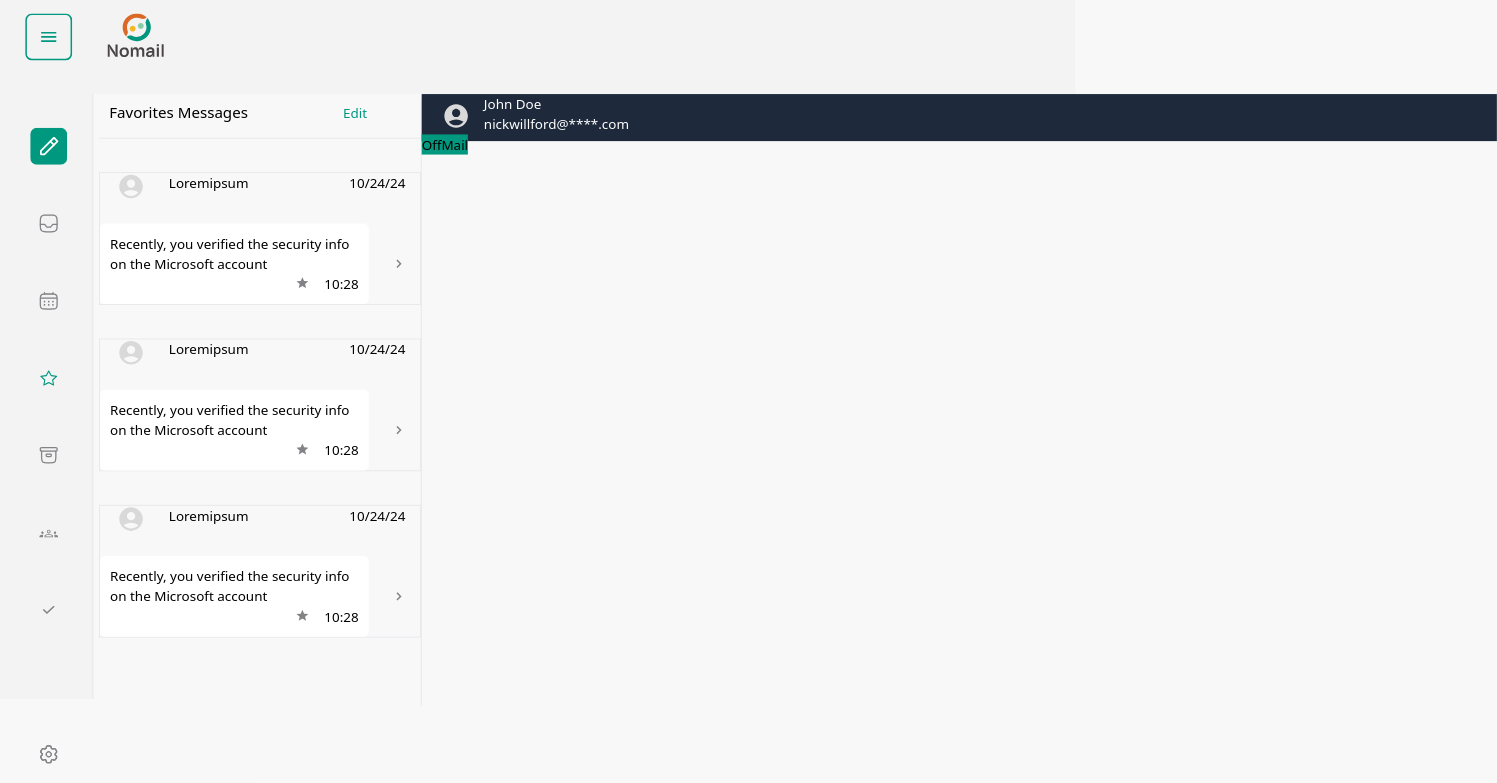
Repository: Tofigkh1/Nomail-Project
Page: /favorites (app in client/)
These files come from the project's save history. The page is drawn as it stood at one moment and after a run of saves; the edit follows.
The browser window is 1280 px wide. The page is 1782 px wide, so the pictures cover 1782 px, including what lies to the right of the window. The pictures show the whole page, at 84% of full size.
The project was rebuilt for these pictures with package versions that can differ from the ones it lists, and the page was loaded fresh each time. The framework's server and built-in components were replaced by stand-ins that run in the browser. Also part of the build but not shown: client/next.config.mjs, client/components/shared/svg/FavoritesSvg.jsx, client/components/shared/svg/calendarActiveSvg.jsx, client/components/shared/client/CheckBox/index.tsx.

Above is the page before, as saved 2024-11-22 03:02:53.

### client/app/layout.tsx

import type { Metadata } from "next";
import localFont from "next/font/local";
import "./Styles/globals.css";


const geistSans = localFont({
  src: "./fonts/GeistVF.woff",
  variable: "--font-geist-sans",
  weight: "100 900",
});
const geistMono = localFont({
  src: "./fonts/GeistMonoVF.woff",
  variable: "--font-geist-mono",
  weight: "100 900",
});

export const metadata: Metadata = {
  title: "Create Next App",
  description: "Generated by create next app",
};

export default function RootLayout({
  children,
}: Readonly<{
  children: React.ReactNode;
}>) {
  return (
    <html lang="en">
      <body
        className={`${geistSans.variable} ${geistMono.variable} antialiased`}
      >
        {children}

      </body>
    </html>
  );
}

### client/app/Styles/globals.css
@tailwind base;
@tailwind components;
@tailwind utilities;

body{
  background-color: #f8f8f8;
}

.App {
  font-family: sans-serif;
  text-align: center;
}


:root {
  --background: #ffffff;
  --foreground: #171717;
}

@media (prefers-color-scheme: dark) {
  :root {
    --background: #0a0a0a;
    --foreground: #ededed;
  }
}


@layer utilities {
  .text-balance {
    text-wrap: balance;
  }
}

### client/components/shared/client/Header/header.tsx
'use client';
import { useContext } from "react";
import { SidebarContext } from '../SideBarMenu/sideBarMenu'; // Import context
import NomailLogo from "@/components/shared/svg/headerlLogoSvg";
import HamburgerBtnSvg from "../../svg/hamburgerBtnSvg"



export default function Header() {

    const { expanded, setExpanded } = useContext(SidebarContext); // Access context

    return (
        <div className="flex items-center justify-between p-4 bg-headerColor text-white">
            <div className='w-auto h-20 flex gap-14'>

                <div>
                    <button onClick={() => setExpanded(!expanded)}
                            className="pl-3.5  hover:bg-clientButtonGreen w-14 h-11">
                        <HamburgerBtnSvg/>
                    </button>
                </div>

                <div>
                    <NomailLogo/>
                </div>


            </div>
        </div>
    );
}

### client/components/shared/client/SideBarMenu/sideBarMenu.tsx
'use client';
import React, {  useContext, ReactNode } from "react";
// import { ChevronFirst, ChevronLast } from "lucide-react";


export const SidebarContext = React.createContext<{ expanded: boolean; setExpanded: (expanded: boolean) => void; }>({
    expanded: false,
    setExpanded: () => {},
});

// Sidebar component now depends on context for state
export default function Sidebar({ children }: { children: ReactNode }) {
    const { expanded } = useContext(SidebarContext);

    return (
        <aside className="h-screen bg-headerColor">
            <nav
                className={`h-full flex flex-col bg-headerColor border-r border-whiteLight3 transition-all duration-200 ease-in-out ml-3 ${expanded ? "w-[127%] h-[130%] " : "w-[99px]"}`}>

                <ul className=" flex-1 px-3">{children}</ul>
            </nav>
        </aside>
    );
}

// SidebarItem component for individual items inside the sidebar
type SidebarItemProps = {
    icon: ReactNode;   // Icon to display in the sidebar item
    text: string;      // Text to display in the sidebar item
    active: boolean;   // Boolean to determine if the item is active (highlighted)
    onClick: () => void; // Add onClick function to handle clicks
    style?: React.CSSProperties;
};

export function SidebarItem({icon, text, active, onClick,style}: SidebarItemProps) {
    const context = useContext(SidebarContext); // Sidebar context to manage expanded/collapsed state
    const {expanded} = context!;

    return (

        <li
            onClick={onClick} // Attach the click handler here
            style={style}
            className={`group relative flex items-center py-2 px-3 my-1 font-medium rounded-md cursor-pointer transition-colors mt-8
                ${
                  active
                    ? "text-mainRedLight" // Active item style
                    : expanded || active // Eğer expanded true ise hover stilini ekle
                    ? "hover:bg-textColorGreen"
                    : "" // Expanded değilse hover stili olmasın
                }`}
        >

            <span className="text-xl transition-all duration-300 ease-in-out">
        {icon}
      </span>

            {/* Text büyütüldü ve boşluk artırıldı */}
            {expanded && (
                <span className="ml-4 text-xl text-black transition-all duration-300 ease-in-out ">
          {text}
        </span>
            )}


            {!expanded && (
                <span
                    className={` absolute left-full whitespace-nowrap bg-textColorGreen text-white rounded-md py-1 px-2 transition-all duration-300 ease-in-out ml-2 opacity-0 group-hover:opacity-100`}
                >
          {text}
        </span>
            )}
        </li>
    );
}

### client/components/shared/svg/newMail.jsx
'use client'
export default function  newMail(){
    return(
        <>
            <svg width="44" height="44" viewBox="0 0 44 44" fill="none" xmlns="http://www.w3.org/2000/svg">
                <rect width="44" height="44" rx="8" fill="#00987F"/>
                <path fill-rule="evenodd" clip-rule="evenodd"
                      d="M27.5115 11.2439C27.902 10.8534 28.5351 10.8534 28.9257 11.2438L33.1687 15.4863C33.3562 15.6739 33.4616 15.9282 33.4616 16.1935C33.4616 16.4587 33.3562 16.7131 33.1687 16.9006L17.6122 32.4571C17.4247 32.6446 17.1703 32.75 16.9051 32.75H12.6626C12.1103 32.75 11.6626 32.3023 11.6626 31.75V27.5075C11.6626 27.2423 11.768 26.9879 11.9555 26.8004L27.5115 11.2439ZM28.2187 13.3652L13.6626 27.9217V30.75H16.4909L31.0473 16.1935L28.2187 13.3652Z"
                      fill="white"/>
                <path fill-rule="evenodd" clip-rule="evenodd"
                      d="M23.269 15.4864C23.6595 15.0959 24.2927 15.0959 24.6832 15.4864L28.9257 19.7289C29.3162 20.1194 29.3162 20.7526 28.9257 21.1431C28.5352 21.5336 27.902 21.5336 27.5115 21.1431L23.269 16.9006C22.8784 16.5101 22.8784 15.8769 23.269 15.4864Z"
                      fill="white"/>
            </svg>


        </>
    )
}

### client/components/shared/svg/ArchiveSvg.jsx
'use client'
export default function archiveSvg(){
    return(
        <>
            <svg width="44" height="44" viewBox="0 0 44 44" fill="none" xmlns="http://www.w3.org/2000/svg">
                <path
                    d="M19 22C19 21.534 19 21.301 19.076 21.117C19.1777 20.8725 19.3723 20.6783 19.617 20.577C19.801 20.5 20.034 20.5 20.5 20.5H23.5C23.966 20.5 24.199 20.5 24.383 20.576C24.6275 20.6777 24.8217 20.8723 24.923 21.117C25 21.301 25 21.534 25 22C25 22.466 25 22.699 24.924 22.883C24.8223 23.1275 24.6277 23.3217 24.383 23.423C24.199 23.5 23.966 23.5 23.5 23.5H20.5C20.034 23.5 19.801 23.5 19.617 23.424C19.3725 23.3223 19.1783 23.1277 19.077 22.883C19 22.699 19 22.466 19 22Z"
                    stroke="#A4A4A9" stroke-width="1.5"/>
                <path
                    d="M19 22C19 21.534 19 21.301 19.076 21.117C19.1777 20.8725 19.3723 20.6783 19.617 20.577C19.801 20.5 20.034 20.5 20.5 20.5H23.5C23.966 20.5 24.199 20.5 24.383 20.576C24.6275 20.6777 24.8217 20.8723 24.923 21.117C25 21.301 25 21.534 25 22C25 22.466 25 22.699 24.924 22.883C24.8223 23.1275 24.6277 23.3217 24.383 23.423C24.199 23.5 23.966 23.5 23.5 23.5H20.5C20.034 23.5 19.801 23.5 19.617 23.424C19.3725 23.3223 19.1783 23.1277 19.077 22.883C19 22.699 19 22.466 19 22Z"
                    stroke="black" stroke-opacity="0.2" stroke-width="1.5"/>
                <path
                    d="M30.5 17V23C30.5 26.771 30.5 28.657 29.328 29.828C28.157 31 26.271 31 22.5 31H21.5C17.729 31 15.843 31 14.672 29.828C13.5 28.657 13.5 26.771 13.5 23V17"
                    stroke="#A4A4A9" stroke-width="1.5" stroke-linecap="round"/>
                <path
                    d="M30.5 17V23C30.5 26.771 30.5 28.657 29.328 29.828C28.157 31 26.271 31 22.5 31H21.5C17.729 31 15.843 31 14.672 29.828C13.5 28.657 13.5 26.771 13.5 23V17"
                    stroke="black" stroke-opacity="0.2" stroke-width="1.5" stroke-linecap="round"/>
                <path
                    d="M12 15C12 14.057 12 13.586 12.293 13.293C12.586 13 13.057 13 14 13H30C30.943 13 31.414 13 31.707 13.293C32 13.586 32 14.057 32 15C32 15.943 32 16.414 31.707 16.707C31.414 17 30.943 17 30 17H14C13.057 17 12.586 17 12.293 16.707C12 16.414 12 15.943 12 15Z"
                    stroke="#A4A4A9" stroke-width="1.5"/>
                <path
                    d="M12 15C12 14.057 12 13.586 12.293 13.293C12.586 13 13.057 13 14 13H30C30.943 13 31.414 13 31.707 13.293C32 13.586 32 14.057 32 15C32 15.943 32 16.414 31.707 16.707C31.414 17 30.943 17 30 17H14C13.057 17 12.586 17 12.293 16.707C12 16.414 12 15.943 12 15Z"
                    stroke="black" stroke-opacity="0.2" stroke-width="1.5"/>
            </svg>

        </>
    )
}

### client/components/shared/svg/TodoSvg.jsx
'use client'
export default function  todoSvg(){
    return(
        <>
            <svg width="44" height="44" viewBox="0 0 44 44" fill="none" xmlns="http://www.w3.org/2000/svg">
                <path d="M19.8957 27L15 22.2599L16.2239 21.0748L19.8957 24.6299L27.7761 17L29 18.185L19.8957 27Z"
                      fill="#A4A4A9"/>
                <path d="M19.8957 27L15 22.2599L16.2239 21.0748L19.8957 24.6299L27.7761 17L29 18.185L19.8957 27Z"
                      fill="black" fill-opacity="0.2"/>
            </svg>

        </>
    )
}

### client/components/shared/svg/FavoritesActiveSvg.jsx
'use client'
export default function  favoritesActiveSvg(){
    return(
        <>
        <svg width="44" height="44" viewBox="0 0 44 44" fill="none" xmlns="http://www.w3.org/2000/svg">
<path d="M15.5808 30.2201C15.4833 30.7528 16.0307 31.1692 16.5132 30.9316L22.0006 28.2246L27.4868 30.9316C27.9693 31.1692 28.5168 30.7528 28.4193 30.2213L27.3818 24.5457L31.7842 20.5188C32.1967 20.142 31.9842 19.4533 31.4317 19.3789L25.3093 18.5438L22.5794 13.3517C22.5274 13.2465 22.4453 13.1576 22.3428 13.0953C22.2402 13.0331 22.1214 13 22 13C21.8787 13 21.7598 13.0331 21.6573 13.0953C21.5547 13.1576 21.4727 13.2465 21.4206 13.3517L18.6907 18.545L12.5683 19.3801C12.0171 19.4545 11.8033 20.1432 12.2146 20.52L16.6182 24.5469L15.5808 30.2225V30.2201ZM21.7119 26.8999L17.1045 29.1725L17.972 24.4245C17.9928 24.3152 17.9852 24.2026 17.9496 24.0969C17.914 23.9911 17.8517 23.8955 17.7682 23.8185L14.1358 20.4948L19.2007 19.8037C19.3054 19.788 19.4046 19.7484 19.4901 19.6883C19.5756 19.6281 19.6448 19.5492 19.6919 19.4581L21.9981 15.0688L24.3068 19.4581C24.354 19.5492 24.4232 19.6281 24.5086 19.6883C24.5941 19.7484 24.6934 19.788 24.7981 19.8037L29.863 20.4936L26.2306 23.8173C26.1469 23.8944 26.0844 23.9903 26.0488 24.0962C26.0133 24.2022 26.0057 24.315 26.0268 24.4245L26.8943 29.1725L22.2869 26.8999C22.1979 26.8555 22.0991 26.8324 21.9988 26.8324C21.8985 26.8324 21.8009 26.8555 21.7119 26.8999Z" fill="#00987F"/>
</svg>



        </>
    )
}

### client/components/shared/client/FavoritesMessage/index.tsx
// import CheckboxComponent from "../CheckBox";
// import SearchIconSvg from "../../svg/SearchIconSvg";
import ProfileSvg from "../../../../components/shared/svg/ProfileSvg"
import MessageArrovSvg from "../../../../components/shared/svg/MessageArrovSvg"
import { useState } from "react";
import CheckboxComponent from "../CheckBox";
import StarSvg from "../../../../components/shared/svg/starSvg"


export default function FavoritesMessage() {
    const [editMode, setEditMode] = useState(false);

    const handleEditClick = () => {
        setEditMode(!editMode);
    };
    return (
        <>
            <div className='w-96 h-screen border-r border-whiteLight3 '>







                <div className='flex text-textColGreen font-medium justify-between mt-2'>
                <h1 className="text-black ml-3 text-lg">Favorites Messages</h1>
                <button className={ editMode? 'mr-12 bg-gray-400 rounded-lg w-16 h-8 text-white': 'mr-16' } onClick={handleEditClick}>
                            {editMode ? "Done" : "Edit"}
                        </button>
                </div>
                <div className="border-b border-whiteLight3 mt-4 w-full"></div>
                {[...Array(3)].map((_, index) => (
                        <div key={index}>
                <div className=" border border-r border-whiteLight3 mt-10">
                {editMode && <CheckboxComponent />}
                    <div className=" flex gap-36 ml-3">



                <div className=" flex gap-5">
                <ProfileSvg/>
                <div className=" flex">
                <h1>Lorem</h1>
                <h1>ipsum</h1>
                </div>


                </div>

                <div>
                <h1 className=" -ml-6">10/24/24</h1>
                </div>

                </div>


<div className=" mt-7 flex items-center ">
                <div className="  bg-white rounded-md w-80 h-24 p-3">
                    <p>Recently, you verified the security info on the Microsoft account </p>
                    <div className=" flex justify-end right-0 ml-7 gap-4">
                    <StarSvg/>
                    <h1>10:28</h1>
                    </div>



                </div>

                <div className="ml-5">
                    <MessageArrovSvg/>
                </div>

                </div>
                </div>
</div>
  ))}

                {/* <div className=" border border-whiteLight3 w-full pt-7 mt-5">

<div className=" flex gap-36 ml-3">



<div className=" flex gap-5">
<ProfileSvg/>
<h1>Lorem Ipsum</h1>

</div>

<div>
<h1 className="">10/24/24</h1>
</div>

</div>


<div className=" mt-7 flex items-center ">
<div className="  bg-white rounded-md w-80 h-24 p-3">
<p>Recently, you verified the security info on the Microsoft account </p>
</div>

<div className="ml-5">
<MessageArrovSvg/>
</div>

</div>
</div>


<div className=" border border-whiteLight3 w-full pt-7 mt-5">

<div className=" flex gap-36 ml-3">



<div className=" flex gap-5">
<ProfileSvg/>
<h1>Lorem Ipsum</h1>

</div>

<div>
<h1 className="">10/24/24</h1>
</div>

</div>


<div className=" mt-7 flex items-center ">
<div className="  bg-white rounded-md w-80 h-24 p-3">
<p>Recently, you verified the security info on the Microsoft account </p>
</div>

<div className="ml-5">
<MessageArrovSvg/>
</div>

</div>
</div> */}

            </div>
        </>
    );
}

### client/components/shared/client/messagesView/index.tsx
"use client";

import ProfileSvg from "../../svg/ProfileSvg";


export default function MessagesView() {



    return(

        <div>

        <header>
            <div className=" top-0 w-screen h-14 bg-slate-800">

                <div className=" flex gap-2">


                <div className=" pt-2.5 ml-4">
                <ProfileSvg/>
                </div>
                <div className=" text-white">
                    <h1>John Doe</h1>
                    <h1>nickwillford@****.com</h1>
                </div>
                </div>


                <div>
                    <button className=" bg-buttonColor">
                        OffMail
                    </button>
                </div>

            </div>
        </header>


        </div>

    )

}

### client/components/shared/svg/hamburgerBtnSvg.jsx
'use client'
export default function  HamburgerBtnSvg(){
    return(
        <>
            <svg width="56" height="56" viewBox="0 0 56 56" fill="none" xmlns="http://www.w3.org/2000/svg">
                <rect x="1" y="1" width="54" height="54" rx="7" stroke="#00987F" stroke-width="2"/>
                <path d="M19 22H37V24H19V22ZM19 27H37V29H19V27ZM19 32H37V34H19V32Z" fill="#00987F"/>
            </svg>


        </>
    )
}

### client/components/shared/svg/ProfileSvg.jsx
'use client'
export default function  ProfileSvg(){
    return(
        <>


            <svg width="50" height="32" viewBox="0 0 32 32" fill="none" xmlns="http://www.w3.org/2000/svg">
<g clip-path="url(#clip0_1904_19120)">
<path fill-rule="evenodd" clip-rule="evenodd" d="M16 2C8.2678 2 2 8.2678 2 16C2 23.7322 8.2678 30 16 30C23.7322 30 30 23.7322 30 16C30 8.2678 23.7322 2 16 2ZM11.1 12.5C11.1 11.8565 11.2267 11.2193 11.473 10.6249C11.7192 10.0304 12.0802 9.49018 12.5352 9.03518C12.9902 8.58017 13.5304 8.21924 14.1249 7.97299C14.7193 7.72674 15.3565 7.6 16 7.6C16.6435 7.6 17.2807 7.72674 17.8751 7.97299C18.4696 8.21924 19.0098 8.58017 19.4648 9.03518C19.9198 9.49018 20.2808 10.0304 20.527 10.6249C20.7733 11.2193 20.9 11.8565 20.9 12.5C20.9 13.7996 20.3838 15.0459 19.4648 15.9648C18.5459 16.8838 17.2996 17.4 16 17.4C14.7004 17.4 13.4541 16.8838 12.5352 15.9648C11.6162 15.0459 11.1 13.7996 11.1 12.5ZM24.7612 22.9776C23.7129 24.2955 22.3805 25.3597 20.8635 26.0908C19.3465 26.8219 17.684 27.2011 16 27.2C14.316 27.2011 12.6535 26.8219 11.1365 26.0908C9.61949 25.3597 8.28713 24.2955 7.2388 22.9776C9.5082 21.3494 12.605 20.2 16 20.2C19.395 20.2 22.4918 21.3494 24.7612 22.9776Z" fill="#D9D9D9"/>
</g>
<defs>
<clipPath id="clip0_1904_19120">
<rect width="32" height="32" fill="white"/>
</clipPath>
</defs>
</svg>


        </>
    )
}

### client/components/shared/svg/MessageArrovSvg.jsx
'use client'
export default function  MessageArrovSvg(){
    return(
        <>




            <svg width="32" height="32" viewBox="0 0 32 32" fill="none" xmlns="http://www.w3.org/2000/svg">
<path fill-rule="evenodd" clip-rule="evenodd" d="M14.2 11L19 16L14.2 21L13 19.75L16.6 16L13 12.25L14.2 11Z" fill="#A4A4A9"/>
<path fill-rule="evenodd" clip-rule="evenodd" d="M14.2 11L19 16L14.2 21L13 19.75L16.6 16L13 12.25L14.2 11Z" fill="black" fill-opacity="0.2"/>
</svg>

        </>
    )
}

### client/components/shared/svg/starSvg.jsx
'use client'
export default function  starSvg(){
    return(
        <>




<svg width="20" height="20" viewBox="0 0 20 20" fill="none" xmlns="http://www.w3.org/2000/svg">
<path d="M5.6775 17L6.815 12.1934L3 8.96053L8.04 8.53289L10 4L11.96 8.53289L17 8.96053L13.185 12.1934L14.3225 17L10 14.4513L5.6775 17Z" fill="#A4A4A9"/>
<path d="M5.6775 17L6.815 12.1934L3 8.96053L8.04 8.53289L10 4L11.96 8.53289L17 8.96053L13.185 12.1934L14.3225 17L10 14.4513L5.6775 17Z" fill="black" fill-opacity="0.2"/>
</svg>

        </>
    )
}

### client/tailwind.config.ts
import type { Config } from "tailwindcss";

const config: Config = {
  content: [
    "./pages/**/*.{js,ts,jsx,tsx,mdx}",
    "./components/**/*.{js,ts,jsx,tsx,mdx}",
    "./app/**/*.{js,ts,jsx,tsx,mdx}",
  ],
  theme: {
    extend: {
      colors: {
        background: "var(--background)",
        foreground: "var(--foreground)",
        headerColor: "#F3F3F3",
        textColorGreen: "#00987F",
        textGray: "#A4A4A9",
        sideBarColor: "#E5E5E5",
        textColGreen: "#00987F",
        bordersColor: "#D1D1D6",
        buttonColor: "#00987F"
      },
    },
  },
  plugins: [],
};
export default config;

Loaded but not shown: client/components/shared/svg/settingSvg.jsx (25 lines, source omitted); client/components/shared/svg/calendarSvg.jsx (31 lines, source omitted); client/components/shared/svg/InboxSvg.jsx (17 lines, source omitted); client/components/shared/svg/groupSvg.jsx (17 lines, source omitted); client/app/favorites/page.tsx (120 lines, source omitted); client/components/shared/svg/headerlLogoSvg.jsx (38 lines, source omitted)

After the next 2 saves:
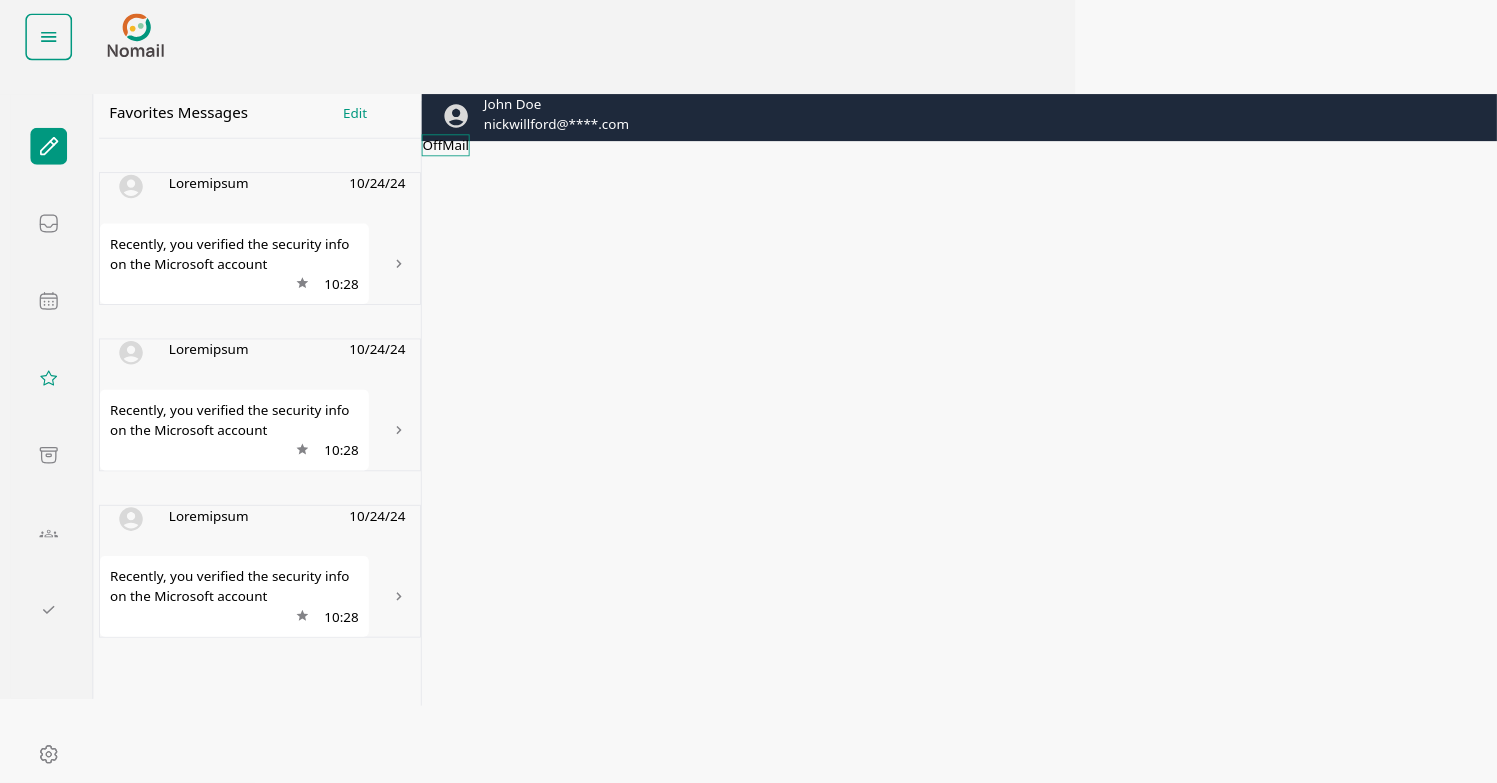
The 2 saves are shown as one change because they came seconds apart.
The last was saved 27 s later.
--- a/client/components/shared/client/messagesView/index.tsx
+++ b/client/components/shared/client/messagesView/index.tsx
@@ -28,7 +28,7 @@ export default function MessagesView() {
 
 
                 <div>
-                    <button className=" bg-buttonColor">
+                    <button className=" border border-buttonColor">
                         OffMail
                     </button>
                 </div>
